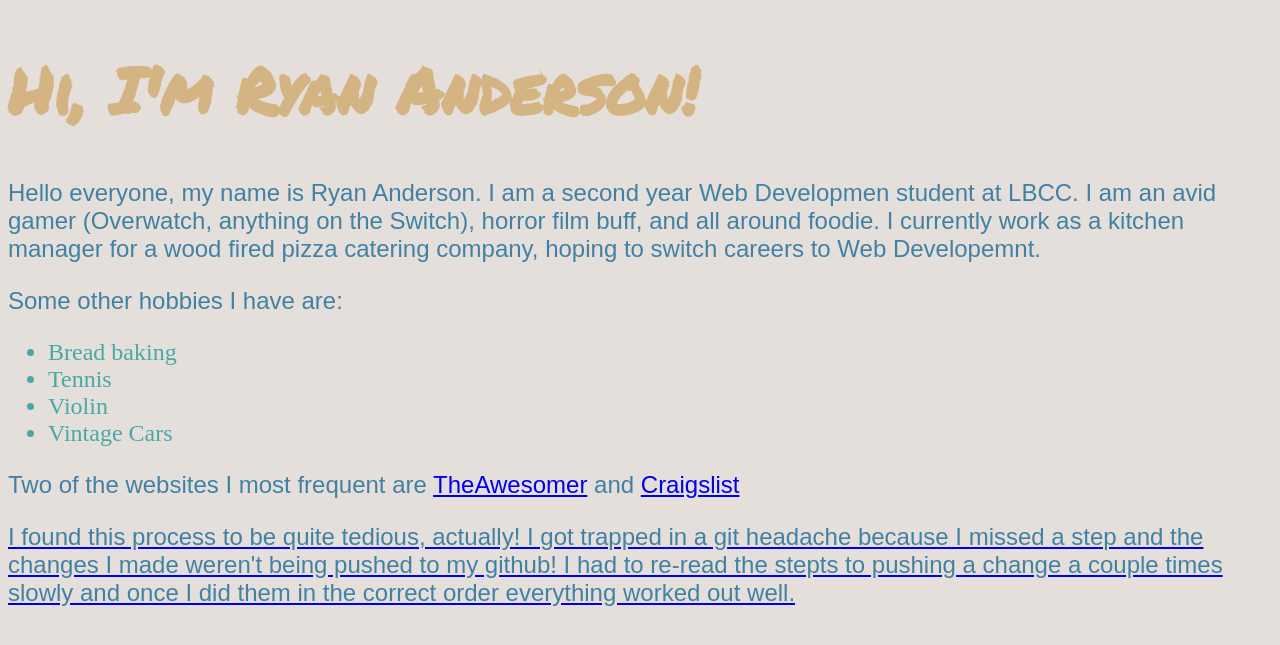
Repository: ryanaanderson0/COSW30
Page: http://localhost/Labwork/Lab1.php
The author's editor kept a record of every edit. The page is drawn from the files as they stood at one moment, then again after the next edit.
The browser window is 1280 px wide. The pictures show the whole page.
The page is run by PHP 8.4 with error messages shown; the project is at /var/www/html/.

Above is the page before.

### Labwork/Lab1.php
<!doctype html>
<html>
    <head>
        <link href="https://fonts.googleapis.com/css?family=Manjari&display=swap" rel="stylesheet">
        <link href="https://fonts.googleapis.com/css?family=Permanent+Marker&display=swap" rel="stylesheet">
         <title>Labwork 1:Hello World</title>
         <style>
             body{
                 background-color:#E4DFDA;
             }

             p{
                 color: #4281A4;
                 font-size: 1.5em;
                 font-family: 'Mangari', sans-serif;
             }

             li{
                 color: #48A9A6;
                 font-size:1.5em;
             }

             h1{
                 font-size: 4em;
                 color: #D4B483;
                 font-family: 'Permanent Marker', cursive;
             }
         </style>
    </head>
    <body>
        <h1>Hi, I'm Ryan Anderson!</h1>
        <p>Hello everyone, my name is Ryan Anderson. I am a second year Web Developmen student at LBCC. I am an avid gamer (Overwatch, anything on the Switch), horror film buff, and all around foodie. I currently work as a kitchen manager for a wood fired pizza catering company, hoping to switch careers to Web Developemnt. </p>

        <p>Some other hobbies I have are:</p>

        <ul>
            <li>Bread baking</li>
            <li>Tennis</li>
            <li>Violin</li>
            <li>Vintage Cars</li>
        </ul>

    <?php
        echo"<p>Two of the websites I most frequent are <a href='http://www.theawesomer.com'>TheAwesomer</a> and <a href='http://www.craigslist.com'> Craigslist</p>
        <p>I found this process to be quite tedious, actually! I got trapped in a git headache because I missed a step and the changes I made weren't being pushed to my github! I had to re-read the stepts to pushing a change a couple times slowly and once I did them in the correct order everything worked out well.</p>"

        /*lab1.php
        Ryan Anderson
        09/01/19*/

    ?>

    </body>


</html>

After the next edit:
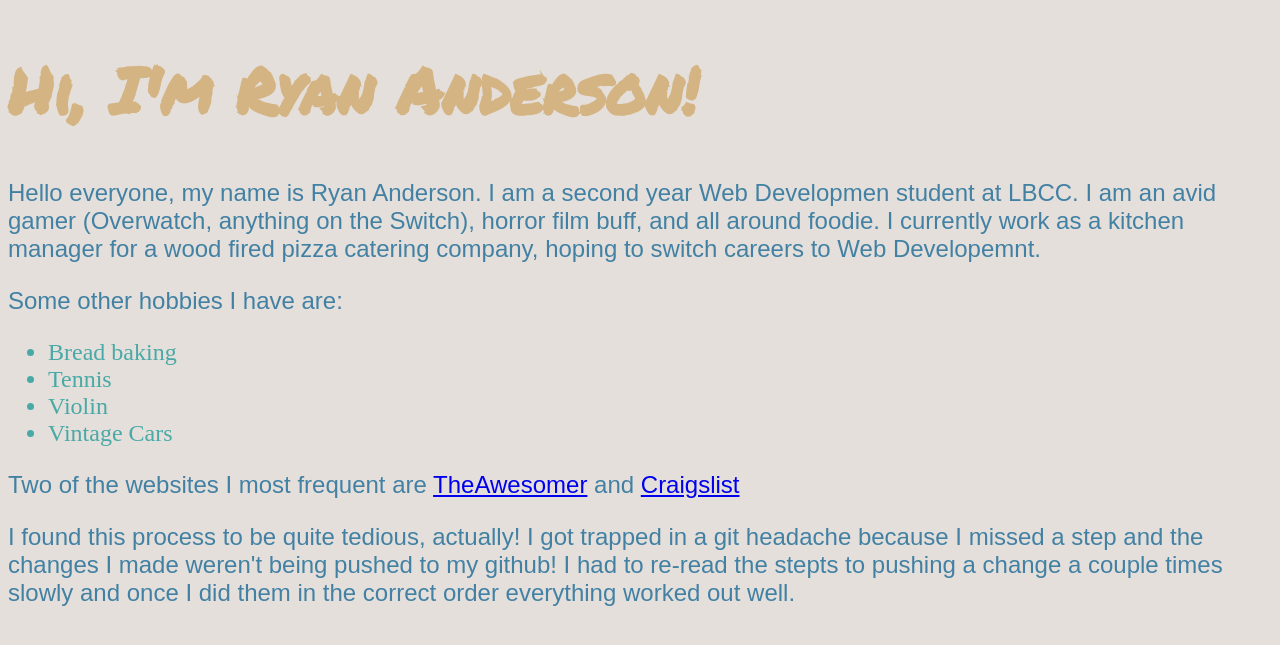
The edit:
--- a/Labwork/Lab1.php
+++ b/Labwork/Lab1.php
@@ -41,7 +41,7 @@
         </ul>
 
     <?php
-        echo"<p>Two of the websites I most frequent are <a href='http://www.theawesomer.com'>TheAwesomer</a> and <a href='http://www.craigslist.com'> Craigslist</p>
+        echo"<p>Two of the websites I most frequent are <a href='http://www.theawesomer.com'>TheAwesomer</a> and <a href='http://www.craigslist.com'> Craigslist</a></p>
         <p>I found this process to be quite tedious, actually! I got trapped in a git headache because I missed a step and the changes I made weren't being pushed to my github! I had to re-read the stepts to pushing a change a couple times slowly and once I did them in the correct order everything worked out well.</p>"
 
         /*lab1.php
